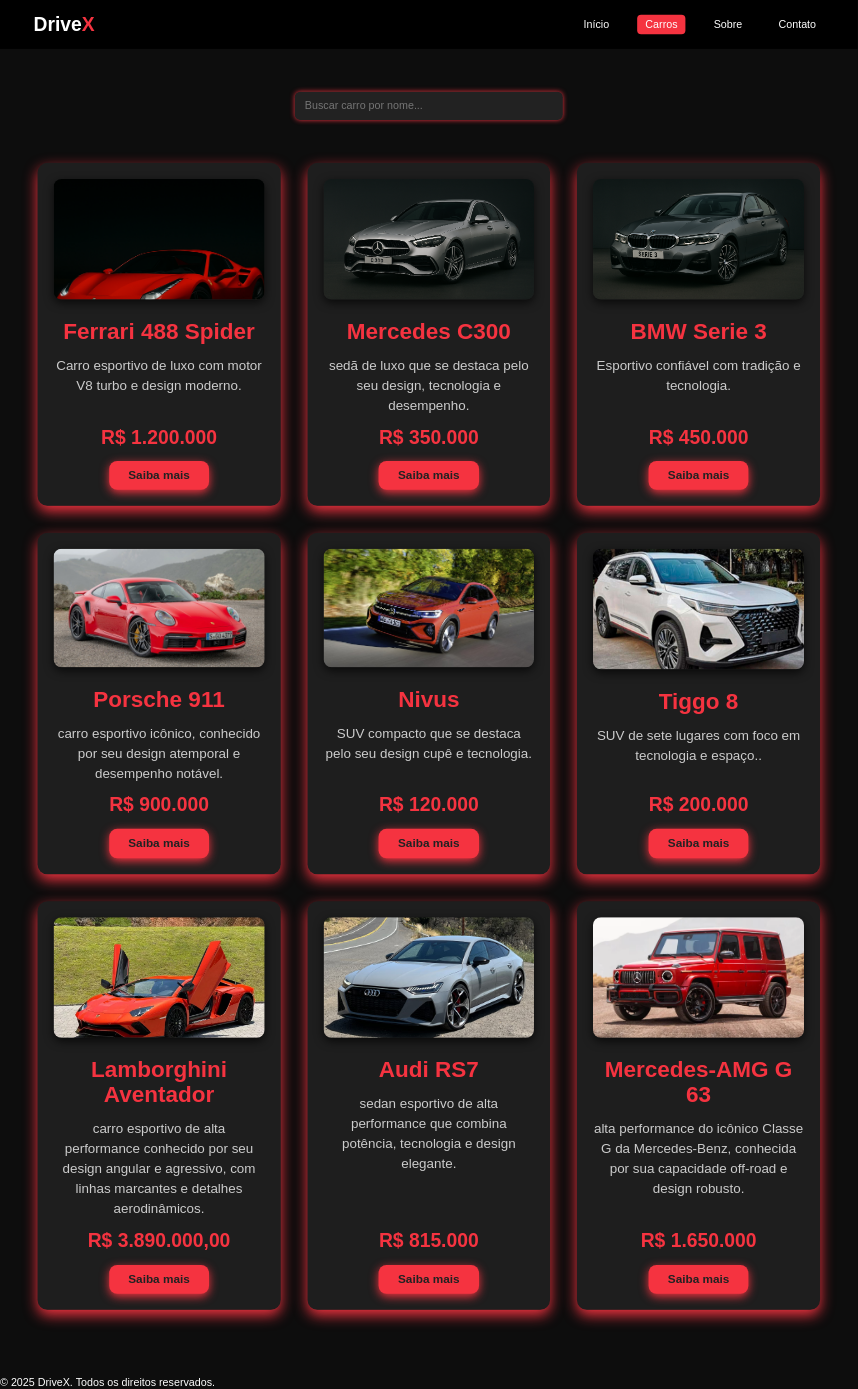
Repository: Mateushlp/DriveX
Page: carros.html
The author's editor kept a copy of each file at every save. The page is drawn from the files as they stood at one save, then again after the next save.
The browser window is 1280 px wide. The pictures show the whole page, at 67% of full size.

Above is the page before, as saved 2025-06-24 22:10:29.

After the next save:
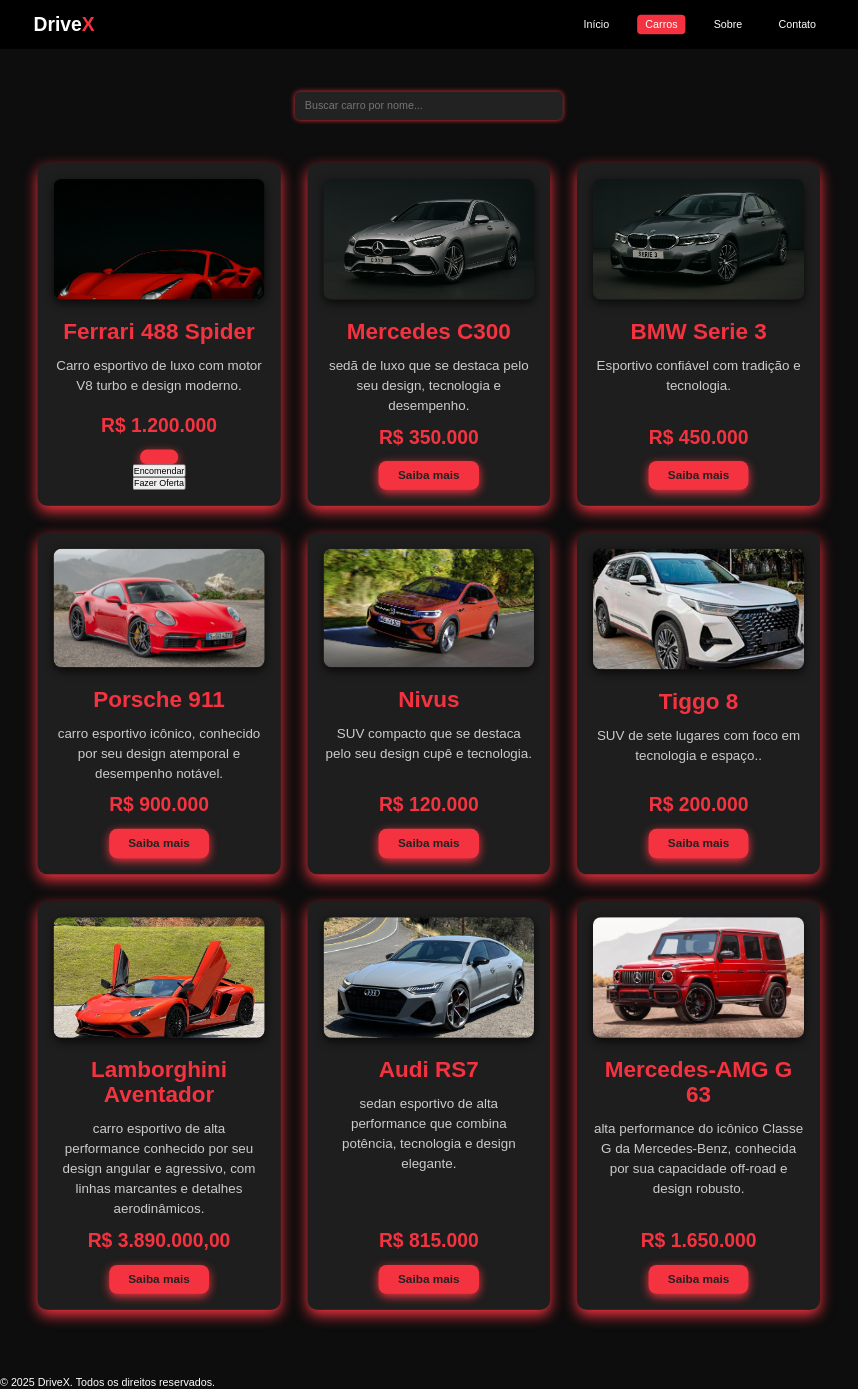
Saved 2 min 50 s later.
--- a/carros.html
+++ b/carros.html
@@ -31,7 +31,11 @@
         <h3>Ferrari 488 Spider</h3>
         <p>Carro esportivo de luxo com motor V8 turbo e design moderno.</p>
         <strong>R$ 1.200.000</strong>
-        <button class="btn-detalhes" data-modelo="Ferrari 488 Spider">Saiba mais</button>
+        <button class="btn-detalhes"
+        <div class="botoes-card">
+  <button class="btn-encomenda" data-modelo="NOME_DO_CARRO">Encomendar</button>
+  <button class="btn-oferta" data-modelo="NOME_DO_CARRO">Fazer Oferta</button>
+</div>
       </div>
       <div class="card-carro">
         <img src="./img/ChatGPT Image 19 de jun. de 2025, 23_14_08.png" alt="Mercedes C300" />
